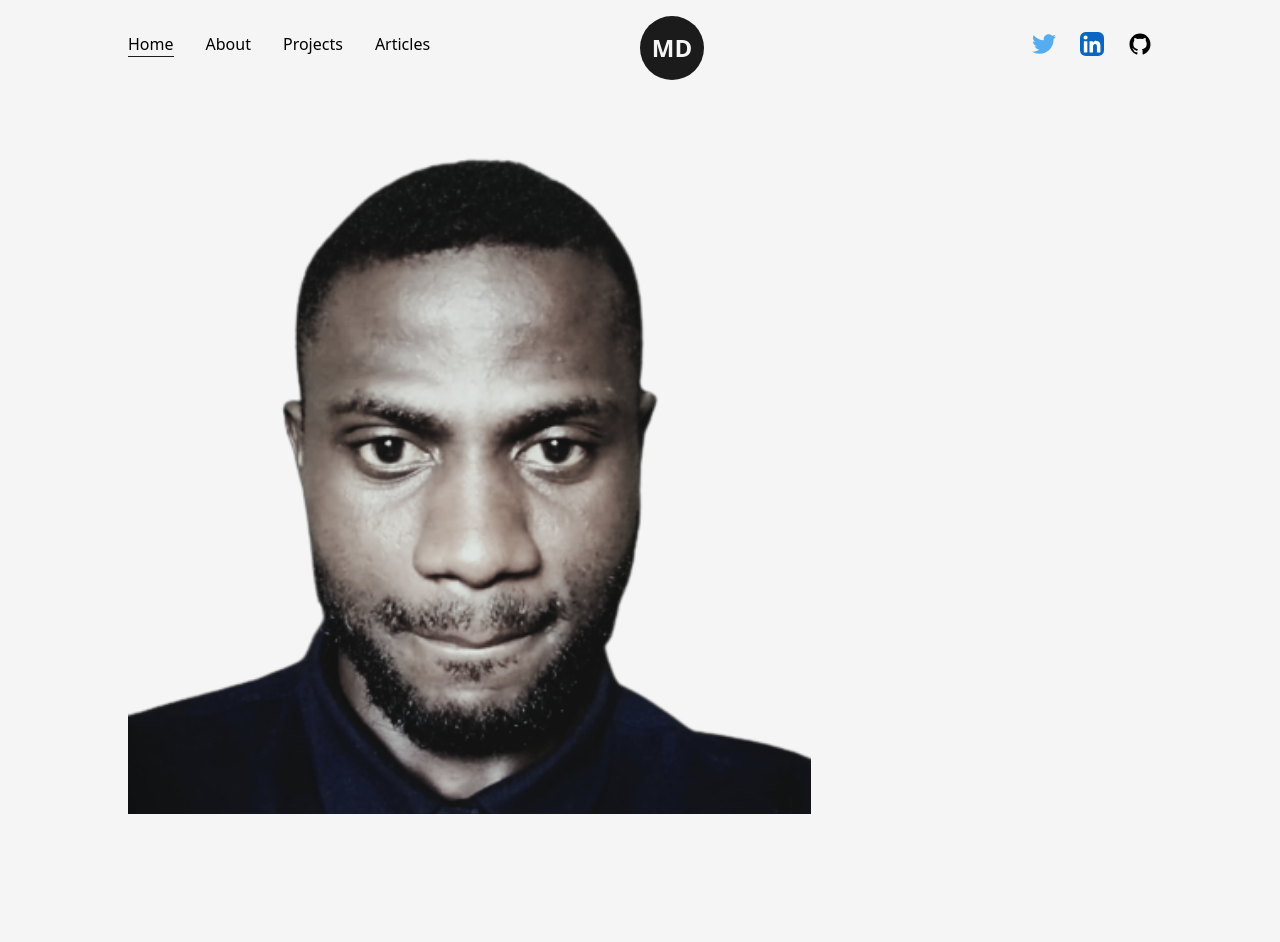
Repository: marcusdashe/situs
Page: /
These files come from the project's save history. The page is drawn as it stood at one moment and after the next save; the edit follows.
The browser window is 1280 px wide. The pictures show the whole page.
The project was rebuilt for these pictures with package versions that can differ from the ones it lists, and the page was loaded fresh each time. The framework's server and built-in components were replaced by stand-ins that run in the browser.

Above is the page before, as saved 2023-06-15 17:22:47.

### src/pages/_app.js
import Navbar from "@/components/Navbar";
import "@/styles/globals.css";
import Head from "next/head";
// import { IBM_Plex_Sans } from "next/font/google";

// const ibm = IBM_Plex_Sans({
//   subsets: ["latin"],
//   variable: "--font-mont",
// });

export default function App({ Component, pageProps }) {
  return (
    <>
      <Head>
        <meta name="viewport" content="width=device-width, initial-scale=1" />
        <link rel="icon" href="/favicon.ico" />
      </Head>
      <main className={`  bg-light w-full min-h-screen`}>
        <Navbar />
        <Component {...pageProps} />
      </main>
    </>
  );
}

### src/pages/index.js
import Head from "next/head";
import Image from "next/image";
import { Inter } from "next/font/google";
import Layout from "@/components/Layout";
import profilePic from "../../public/images/profile/developer-pic-4.png";

const inter = Inter({ subsets: ["latin"] });

export default function Home() {
  return (
    <>
      <Head>
        <title>Marcus Dashe | Portfolio</title>
        <meta name="description" content="Generated by create next app" />
      </Head>
      <main className="flex items-center text-dark w-full min-h-screen">
        <Layout className="pt-0">
          <div className=" w-full flex items-center justify-between">
            <div className="w-2/3">
              <Image
                src={profilePic}
                alt="Marcus Dashe"
                className="w-full h-auto"
              />
            </div>
          </div>
        </Layout>
      </main>
    </>
  );
}

### src/components/Navbar.jsx
import React from "react";
import { useRouter } from "next/router";
import Link from "next/link";
import Logo from "./Logo";
import { TwitterIcon, GithubIcon, LinkedInIcon } from "./Icons";
import { motion } from "framer-motion";

const CustomLink = ({ href, title, className = "" }) => {
  const router = useRouter();

  return (
    <Link href={href} className={`${className} relative group`}>
      {title}
      <span
        className={`h-[1px] inline-block bg-dark absolute left-0 -bottom-0.5 group-hover:w-full transition-[width] ease duration-300 ${
          router.asPath === href ? "w-full" : "w-0"
        }`}
      >
        &nbsp;
      </span>
    </Link>
  );
};

const Navbar = () => {
  return (
    <header
      className="w-full px-32 py-8 font-medium
            flex items-center justify-between"
    >
      <nav>
        <CustomLink href="/" title="Home" className="mr-4" />
        <CustomLink href="/about" title="About" className="mx-4" />
        <CustomLink href="/projects" title="Projects" className="mx-4" />
        <CustomLink href="/articles" title="Articles" className="ml-4" />
      </nav>

      <nav className="flex items-center justify-center flex-wrap">
        <motion.a
          href="https://www.twitter.com/marcusdashe"
          target={"_blank"}
          whileHover={{
            y: -2,
          }}
          whileTap={{ scale: 0.9 }}
          className="w-6 mx-3"
        >
          <TwitterIcon className="" />
        </motion.a>
        <motion.a
          href="https://www.linkedin.com/in/marcus-dashe-15a088202"
          target={"_blank"}
          whileHover={{
            y: -2,
          }}
          whileTap={{ scale: 0.9 }}
          className="w-6 mx-3"
        >
          <LinkedInIcon />
        </motion.a>
        <motion.a
          href="https://www.github.com/marcusdashe"
          target={"_blank"}
          whileHover={{
            y: -2,
          }}
          whileTap={{ scale: 0.9 }}
          className="w-6 ml-3"
        >
          <GithubIcon />
        </motion.a>
      </nav>
      <div className="absolute left-[50%] top-2 translate-x-[-50]">
        <Logo />
      </div>
    </header>
  );
};

export default Navbar;

### src/styles/globals.css
@import url("https://fonts.googleapis.com/css2?family=IBM+Plex+Sans:ital,wght@0,100;0,200;0,300;1,100;1,200&family=Inter:wght@300;400;500;600;700;800;900&display=swap");

@tailwind base;
@tailwind components;
@tailwind utilities;

### src/components/Layout.jsx
import React from "react";

const Layout = ({ children, className = "" }) => {
  return (
    <div className={`${className} w-full inline-block z-0 bg-light p-32  `}>
      {children}
    </div>
  );
};

export default Layout;

### src/components/Logo.jsx
"use client";

import React from "react";
import Link from "next/link";
import { motion } from "framer-motion";

const MotionLink = motion(Link);

const Logo = () => {
  return (
    <div className="flex items-center justify-center mt-2">
      <MotionLink
        href="/"
        className="w-16 h-16 bg-dark text-light flex items-center
        justify-center rounded-full text-2xl font-bold hover
      "
        whileHover={{
          scale: 1.5,
          backgroundColor: [
            "#121212",
            "rgba(131,58,180,1)",
            "rgba(253,29,29,1)",
            "rgba(252,176,69,1)",
            "rgba(131,58,180,1)",
            "#121212",
          ],
          transition: {
            duration: 1,
            repeat: Infinity,
          },
        }}
      >
        MD
      </MotionLink>
    </div>
  );
};

export default Logo;

Loaded but not shown: tailwind.config.js (27 lines, source omitted); src/components/Icons.jsx (463 lines, source omitted)

After the next save:
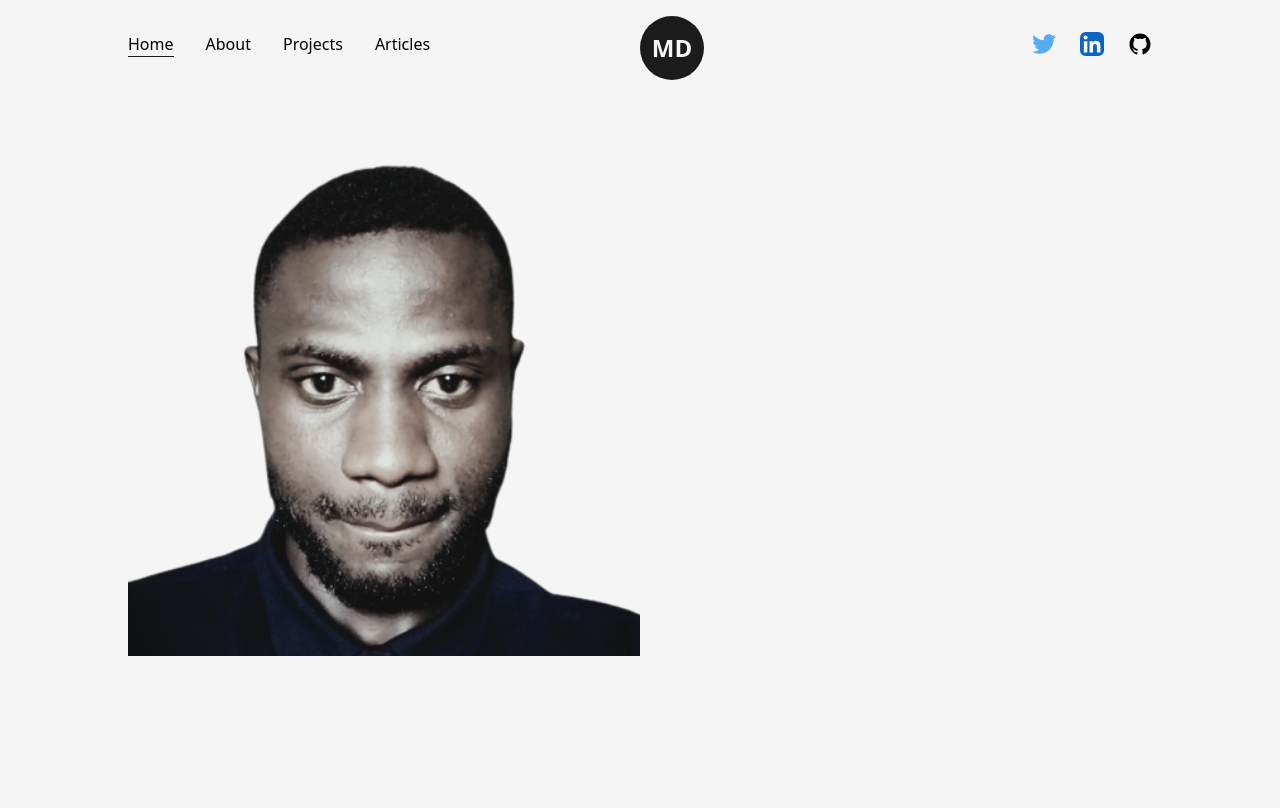
Saved 11 s later.
--- a/src/pages/index.js
+++ b/src/pages/index.js
@@ -16,7 +16,7 @@ export default function Home() {
       <main className="flex items-center text-dark w-full min-h-screen">
         <Layout className="pt-0">
           <div className=" w-full flex items-center justify-between">
-            <div className="w-2/3">
+            <div className="w-2/4">
               <Image
                 src={profilePic}
                 alt="Marcus Dashe"
